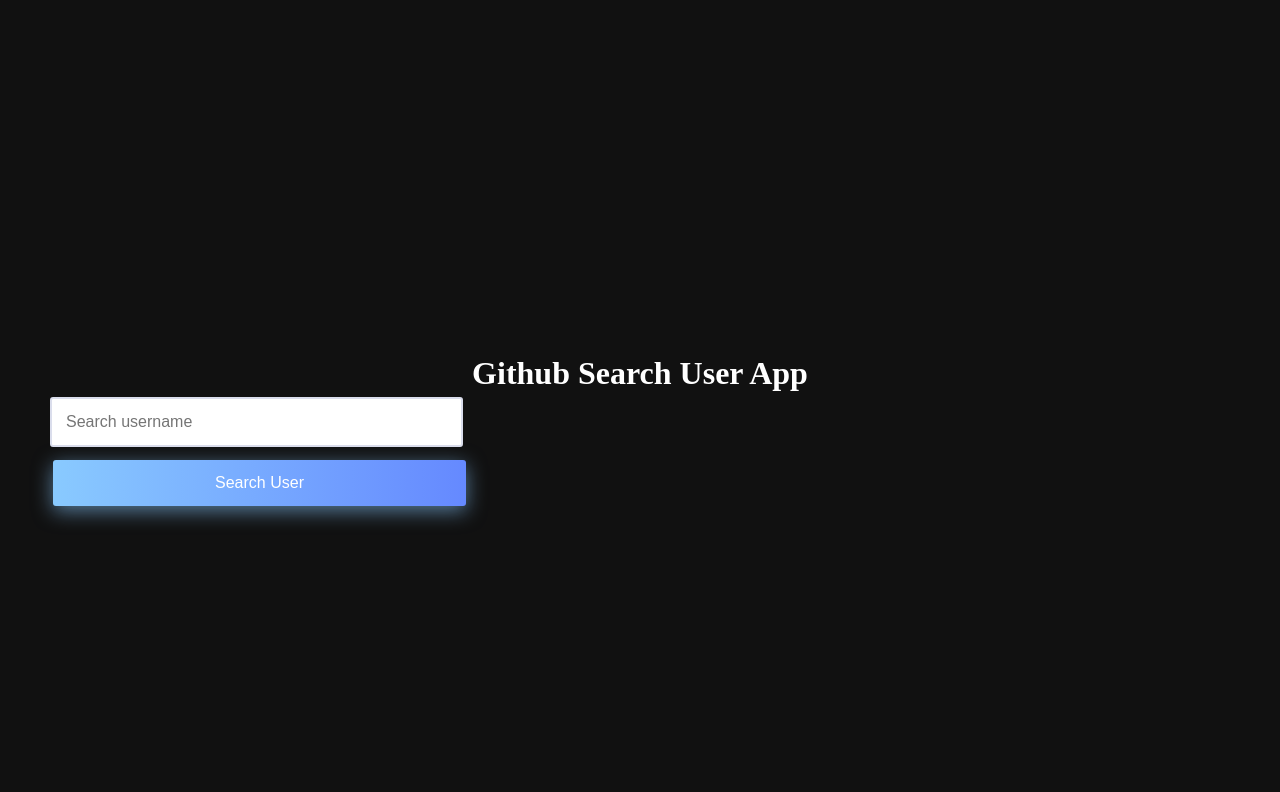
Repository: solox-cyber/Github-search-user
Page: index.html
An editor plug-in stored every save of this project. The page is shown before and after a run of saves, followed by the edit.
The browser window is 1280 px wide. The pictures show the whole page.

Above is the page before, as saved 2023-03-25 18:33:17.

### index.html
<!DOCTYPE html>
<html lang="en">

<head>
    <meta charset="UTF-8">
    <meta http-equiv="X-UA-Compatible" content="IE=edge">
    <meta name="viewport" content="width=device-width, initial-scale=1.0">
    <title>Github Search User Using Github API</title>
    <link rel="stylesheet" href="style.css">
</head>

<body>
    <div class="container">
        <h1>
            Github Search User App
        </h1>
        <form id="myForm" autocomplete="off">
            <div class="form-group">
                <input type="text" name="" class="form-control" placeholder="Search username" id="search" required>
            </div>
            <div class="form-group">
                <button class="btn btn-danger btn-block">
                    Search User
                </button>
            </div>
        </form>

    <div id="result"></div>
    </div>


        <script src="script.js"></script>
</body>

</html>

### style.css
*{
    margin: 0;
    padding: 0;
    box-sizing: border-box;
}

body{
    background-color: #111;
    color: #fff;
}
.container{
    position: absolute;
    display: block;
    height: 100vh;
    width: 100%;
    top:10%;
    padding:50px 50px;
    justify-content: center;
    align-content: center;
}

.container h1{
    text-align: center;
}

.container form{
    width: 50%;
}

form .form-group{
    align-items:center;
}

input,
    button {
      width: 70%;
      border: none;
      padding: 14px;
      border-radius: 3px;
      margin: 3px;
    }

    input {
        border: 2px solid #DADDEC;
        margin: 5px 0 10px;
        font-size: 1rem;
        color: #656880;
      }

      button {
        background-image: linear-gradient(to right, #89CAFF, #6589FF);
        display: block;
        color: #fff;
        font-size: 1rem;
        cursor: pointer;
        box-shadow: 0 5px 20px #89caff94;
        transition: box-shadow .3s ease-in-out;
      }

      button:hover {
        box-shadow: none;
      }

### script.js
var form = document.getElementById("myForm");

form.addEventListener('submit', function(e){
e.preventDefault();

var search = document.getElementById("search").value;

var originalName = search.split(' ').join(' ');

document.getElementById("result").innerHTML = "";
fetch("https://api.github.com/users/"+originalName)
.then(result=>result.json())
.then(data => {
    console.log(data);
    document.getElementById('result').innerHTML =`
   <a target="_blank" href="https://www.github.com/${originalName}"> <img src="${data.avatar_url}"/></a>
    `
})



})

After the next 2 saves:
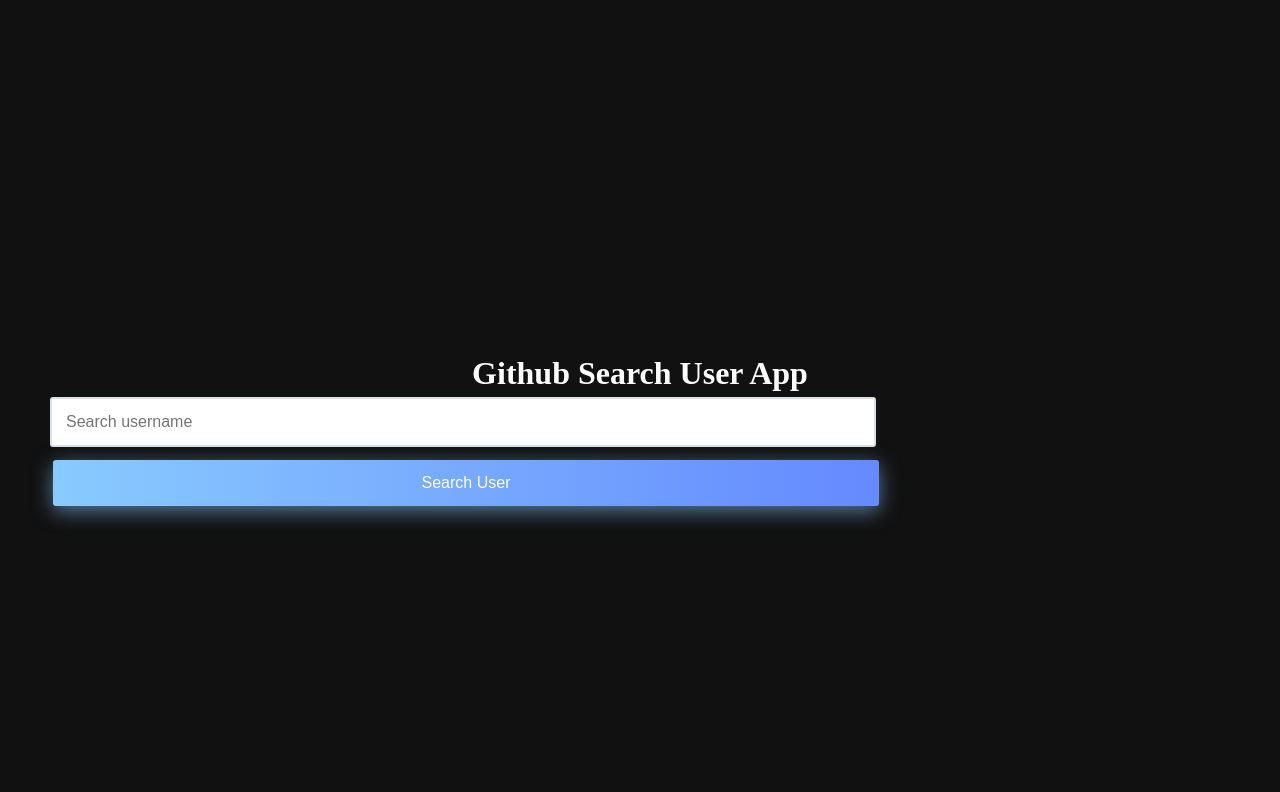
The 2 saves are shown as one change because they came seconds apart.
The last was saved 7 s later.
--- a/style.css
+++ b/style.css
@@ -22,9 +22,6 @@
 .container h1{
     text-align: center;
 }
-
-.container form{
-    width: 50%;
 }
 
 form .form-group{
